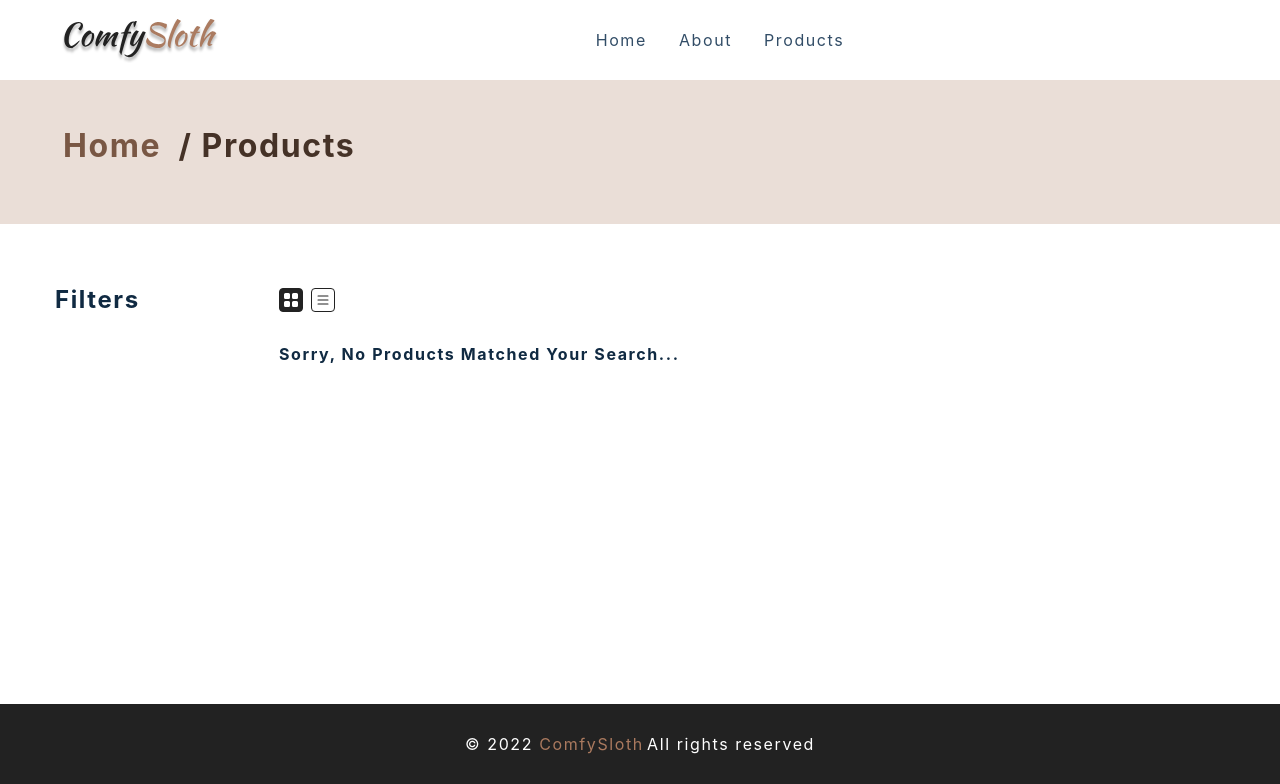
Repository: MateuszWorek/react-comfy-store
Page: /products
An editor plug-in stored every save of this project. The page is shown before and after the next save, followed by the edit.
The browser window is 1280 px wide. The pictures show the whole page.
The page's requests for data from a server got no answer. The project was rebuilt for these pictures with package versions that can differ from the ones it lists, and the page was loaded fresh each time. A package was used in the major version that the imports need, not the one package.json lists. No one was signed in, and anything a server would have sent is missing. Also part of the build but not shown: src/components/Error.js, src/components/Loading.js, src/components/Product.js, src/components/FeaturedProducts.js, src/reducers/cart_reducer.js, src/context/cart_context.js, src/context/user_context.js, src/components/Hero.js and 19 more. Imported but missing from the stored project, and not drawn on this page: src/components/AmountButtons.

Above is the page before, as saved 2022-07-17 09:11:07.

After the next save:
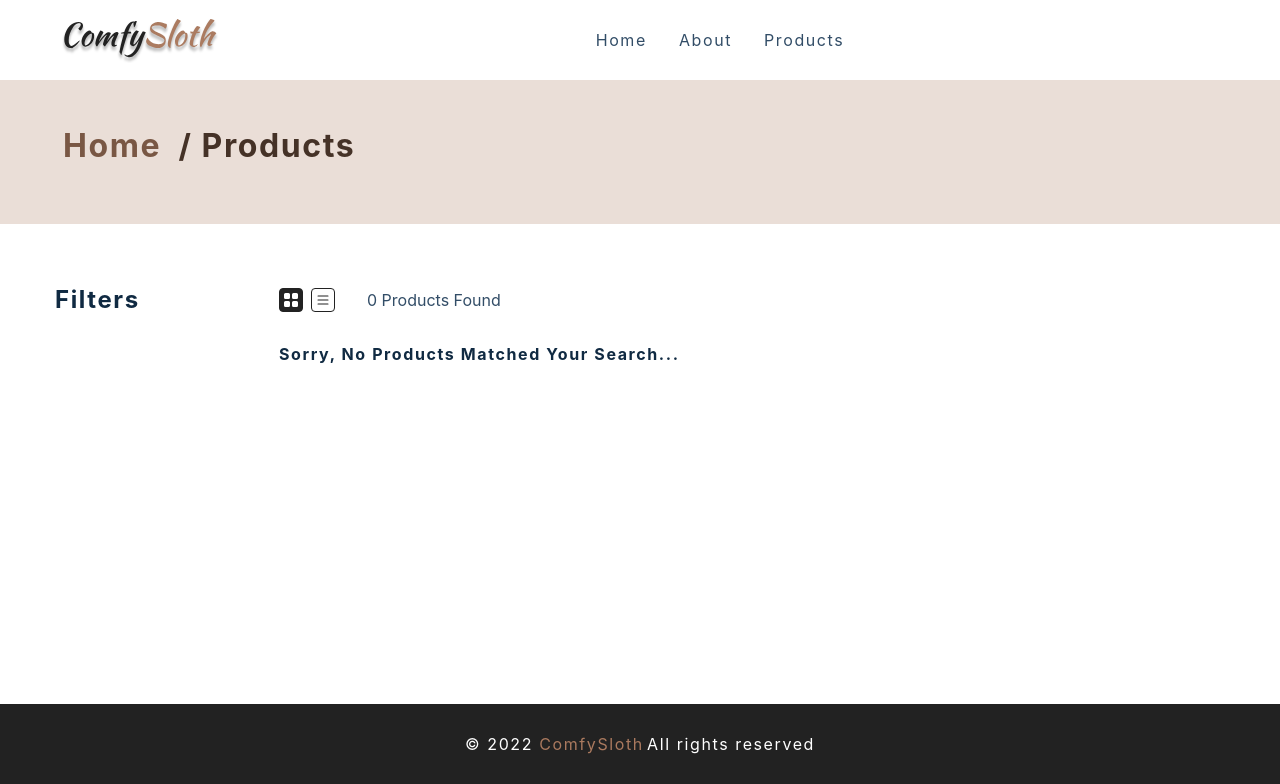
Saved 88 s later.
--- a/src/components/Sort.js
+++ b/src/components/Sort.js
@@ -16,6 +16,7 @@ const Sort = () => {
           <BsList />
         </button>
       </div>
+      <p>{products.length} products found</p>
     </Wrapper>
   );
 };
